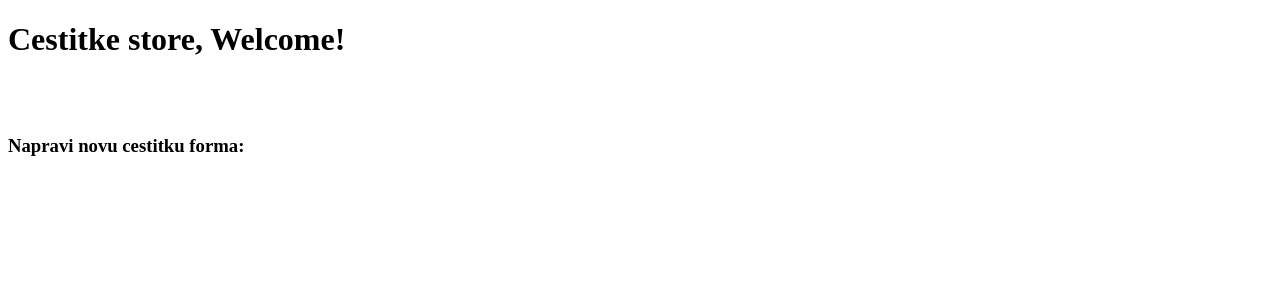
Repository: ObradovicNikola/pmf-rzk-part2
Page: http://localhost/CestitkeWEB/
The author's editor kept a copy of each file at every save. The page is drawn from the files as they stood at one save, then again after the next save.
The browser window is 1280 px wide. The pictures show the whole page.
The page is served by Tomcat 9.

Above is the page before, as saved 2022-12-06 18:36:12.

After the next save:
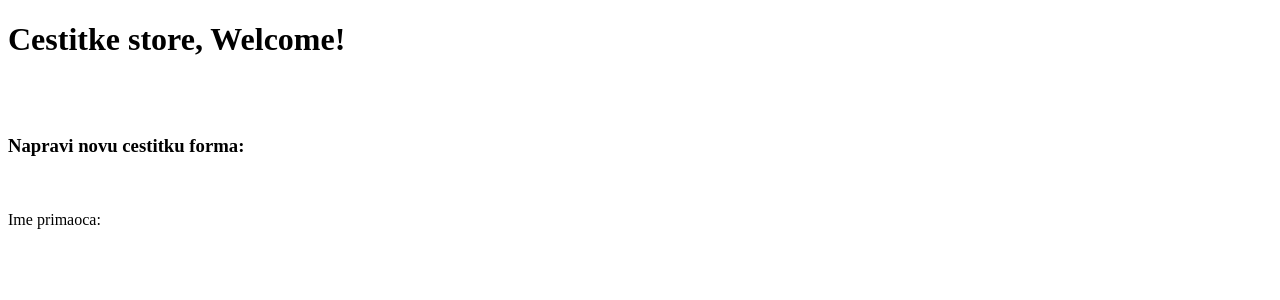
Saved 37 s later.
--- a/CestitkeWEB/src/main/webapp/index.jsp
+++ b/CestitkeWEB/src/main/webapp/index.jsp
@@ -15,7 +15,8 @@
 	<br />
 	<br />
 	<form action="CestitkeServlet">
-
+		<label>Ime primaoca:</label>
+		<br />
 	</form>
 </body>
 </html>
